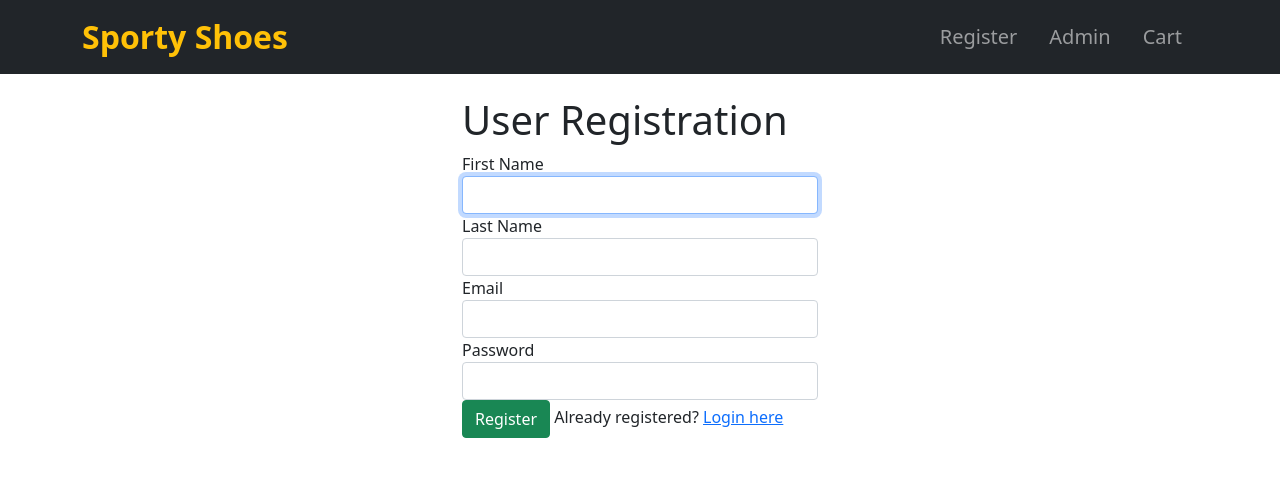
Repository: Niks4u2/SportyShoes
Page: http://localhost/registration
An editor plug-in stored every save of this project. The page is shown before and after the next save, followed by the edit.
The browser window is 1280 px wide. The pictures show the whole page.
Some web libraries are served in a nearby version. The page is this project's Thymeleaf template; nobody is signed in. The template is opened directly, without the code that normally fills it, so the values that code supplies are empty.

Above is the page before, as saved 2021-11-08 12:51:04.

### Source Code/sporty-shoes/src/main/resources/templates/registration.html
<!DOCTYPE html>
<html xmlns:th="http://www.thymeleaf.org"
	xmlns:sec="http://www.thymeleaf.org/thymeleaf-extras-springsecurity3">
<head>
<meta charset="ISO-8859-1">
<title>Registration</title>
    <link rel="stylesheet" href="https://cdnjs.cloudflare.com/ajax/libs/animate.css/4.1.1/animate.min.css" />
    <link href="https://cdn.jsdelivr.net/npm/bootstrap@5.0.2/dist/css/bootstrap.min.css" rel="stylesheet"
        integrity="sha384-EVSTQN3/azprG1Anm3QDgpJLIm9Nao0Yz1ztcQTwFspd3yD65VohhpuuCOmLASjC" crossorigin="anonymous">
    <script src="https://cdn.jsdelivr.net/npm/bootstrap@5.0.2/dist/js/bootstrap.bundle.min.js"
        integrity="sha384-MrcW6ZMFYlzcLA8Nl+NtUVF0sA7MsXsP1UyJoMp4YLEuNSfAP+JcXn/tWtIaxVXM"
        crossorigin="anonymous"></script>
    <script src="https://kit.fontawesome.com/92e9dde9ec.js" crossorigin="anonymous"></script>
</head>
<body>
    <!-- Navbar -->
    <nav class="navbar navbar-expand-lg bg-dark navbar-dark fixed-top">
        <div class="container">
            <a href="#" class="navbar-brand text-warning fw-bold fs-2 animate__animated animate__bounce">Sporty Shoes</a>
            <button class="navbar-toggler" type="button" data-bs-toggle="collapse" data-bs-target="#navmenu">
                <span class="navbar-toggler-icon"></span>
            </button>
            <div class="collapse navbar-collapse" id="navmenu">
                <ul class="navbar-nav ms-auto">
                    <li class="nav-item">
                        <a href="#about" class="nav-link lead px-3">Register</a>
                    </li>
                    <li class="nav-item">
                        <a href="#work" class="nav-link lead px-3">Admin</a>
                    </li>
                    <li class="nav-item">
                        <a href="#contact" class="nav-link lead px-3">Cart</a>
                    </li>
                </ul>
            </div>
        </div>
    </nav>
    <br>
    <br>
    <br>
    <br>
	<!-- Create HTML registration form -->
	<div class="container">
		<div class="row">
			    <div class="col"></div>
			<div class="col-md-4">

				<!-- success message -->
				<div th:if="${param.success}">
					<div class="alert alert-info">You've successfully registered
						to our awesome app!</div>
				</div>

				<h1>User Registration</h1>

				<form th:action="@{/registration}" method="post" th:object="${user}">
					<div class="form-group">
						<label class="control-label" for="firstName"> First Name </label>
						<input id="firstName" class="form-control" th:field="*{firstName}"
							required autofocus="autofocus" />
					</div>

					<div class="form-group">
						<label class="control-label" for="lastName"> Last Name </label> <input
							id="lastName" class="form-control" th:field="*{lastName}"
							required autofocus="autofocus" />
					</div>

					<div class="form-group">
						<label class="control-label" for="email"> Email </label> <input
							id="email" class="form-control" th:field="*{email}" required
							autofocus="autofocus" />
					</div>

					<div class="form-group">
						<label class="control-label" for="password"> Password </label> <input
							id="password" class="form-control" type="password"
							th:field="*{password}" required autofocus="autofocus" />
					</div>

					<div class="form-group">
						<button type="submit" class="btn btn-success">Register</button>
						<span>Already registered? <a href="/" th:href="@{/login}">Login
								here</a></span>
					</div>
				</form>
			</div>
						    <div class="col"></div>
		</div>
	</div>
</body>
</html >

After the next save:
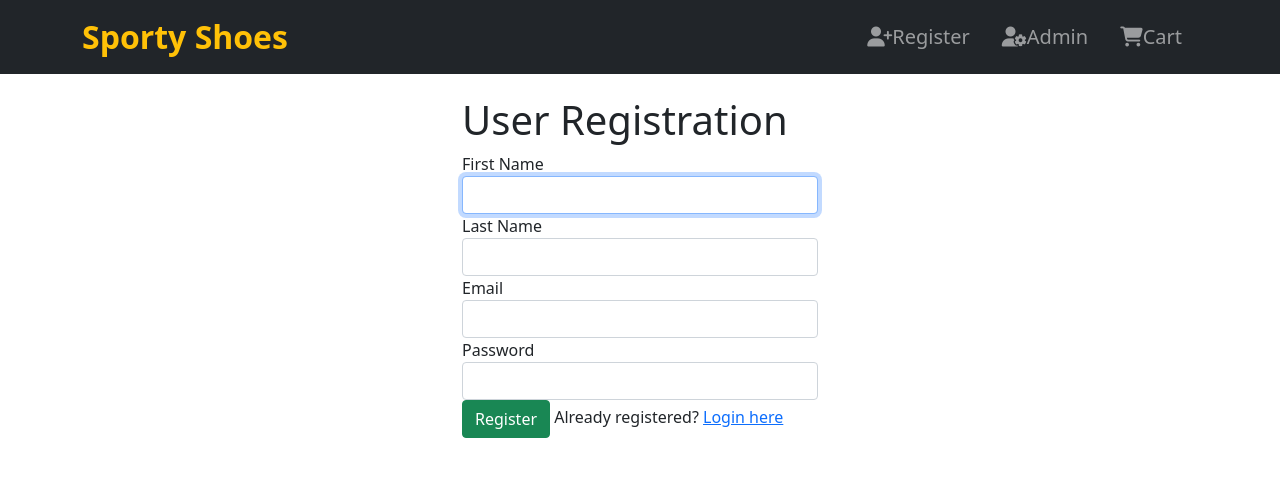
Saved 2 min 2 s later.
--- a/Source Code/sporty-shoes/src/main/resources/templates/registration.html
+++ b/Source Code/sporty-shoes/src/main/resources/templates/registration.html
@@ -23,13 +23,13 @@
             <div class="collapse navbar-collapse" id="navmenu">
                 <ul class="navbar-nav ms-auto">
                     <li class="nav-item">
-                        <a href="#about" class="nav-link lead px-3">Register</a>
+                        <a href="#about" class="nav-link lead px-3"><i class="fas fa-user-plus"></i>Register</a>
                     </li>
                     <li class="nav-item">
-                        <a href="#work" class="nav-link lead px-3">Admin</a>
+                        <a href="#work" class="nav-link lead px-3"><i class="fas fa-user-cog"></i>Admin</a>
                     </li>
                     <li class="nav-item">
-                        <a href="#contact" class="nav-link lead px-3">Cart</a>
+                        <a href="#contact" class="nav-link lead px-3"><i class="fas fa-shopping-cart"></i>Cart</a>
                     </li>
                 </ul>
             </div>
